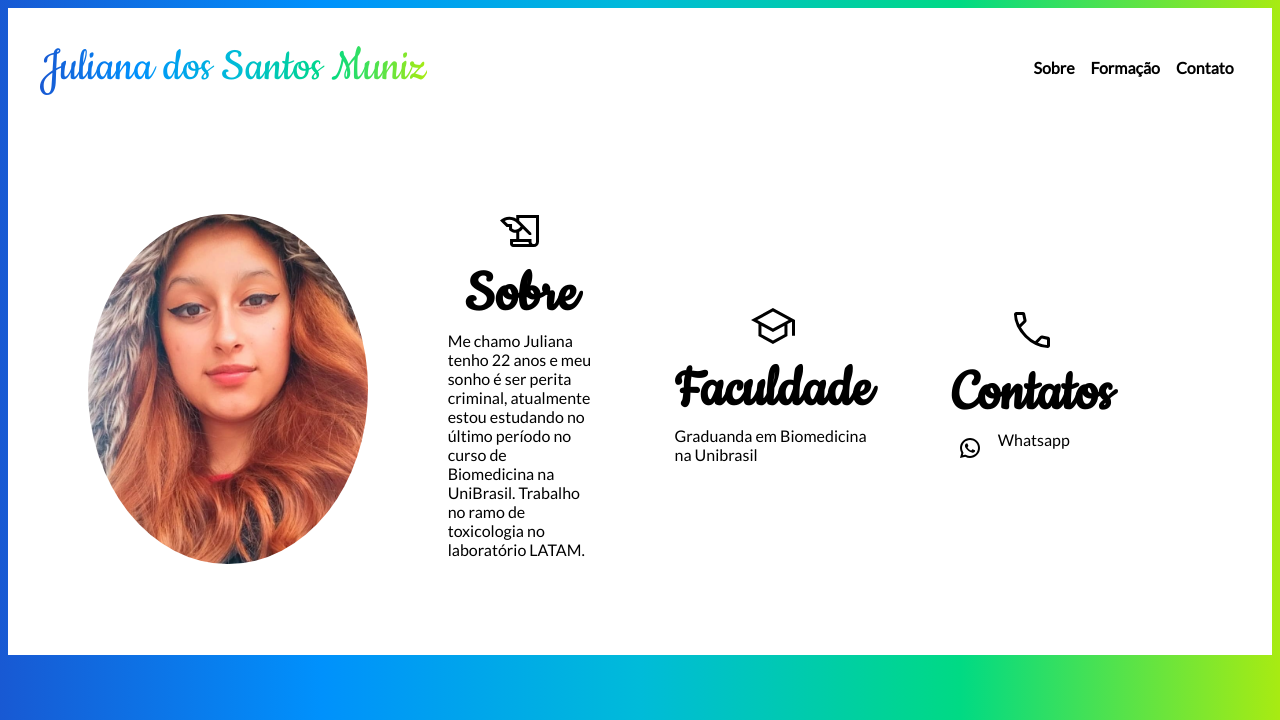
Repository: joaovnogueira/Portfolio-Juliana
Page: index.html
These files come from the project's save history. The page is drawn as it stood at one moment and after the next save; the edit follows.
The browser window is 1280 px wide. The pictures show the whole page.

Above is the page before, as saved 2022-06-14 16:38:49.

### index.html
<!DOCTYPE html>
<html lang="en">
<head>
    <link rel="stylesheet" href="styles.css">
    <meta charset="UTF-8">
    <meta http-equiv="X-UA-Compatible" content="IE=edge">
    <meta name="viewport" content="width=device-width, initial-scale=1.0">
    <title>Portfólio Juliana</title>
</head>
<body>
    <header>
        <nav>
            <div class="logo">Juliana dos Santos Muniz</div>
            <div class="menu">
                <a href="">Sobre</a>
                <a href="">Formação</a>
                <a href="">Contato</a>
            </div>
        </nav>
    </header>
    <main>
        <div class="perfil">
            <div class="foto">
                <img src="./assets/foto-perfil.png" alt="Foto de perfil" class="fotoperfil">
            </div>
            <div class="conteudo">
                <img src="./assets/sobre.svg" alt=""><h1>Sobre</h1>
                <p>Me chamo Juliana tenho 22 anos e meu sonho é ser perita criminal,
                atualmente estou estudando no último período no curso de Biomedicina na UniBrasil.
                Trabalho no ramo de toxicologia no laboratório LATAM.</p>
            </div>
            <div class="conteudo">
                <img src="./assets/faculdade.svg" alt=""><h1>Faculdade</h1>
                <p>Graduanda em Biomedicina na Unibrasil</p>
            </div>
            <div class="conteudo">
                <img src="./assets/contato.svg" alt=""><h1>Contatos</h1>
                <img src="./assets/whatsapp.svg" alt="" class="whatsappimg"><p>Whatsapp</p>
            </div>
        </div>
    </main>
    <footer></footer>
</body>
</html>

### styles.css
@import url('https://fonts.googleapis.com/css2?family=Cookie&display=swap');
@import url('https://fonts.googleapis.com/css2?family=Lato&display=swap');

body{
    background-image: linear-gradient(to right, #1859d3, #0091fc, #00bbd9, #00da84, #a8eb12);
}

header {
    background-color: #FFFFFF;
    padding: 2rem;
    align-items: center;
}

nav{
    display: flex;
    justify-content: space-between;
    align-items: center;
}

.logo{
    font-family: 'Cookie', cursive;
    font-size: 50px;
    background-clip: text;
    -webkit-background-clip: text;
    background-image: linear-gradient(to right, #1859d3, #0091fc, #00bbd9, #00da84, #a8eb12);
    color: transparent;
}

.menu{
    font-family: 'Lato', sans-serif;
    font-weight: bold;
}

a{
    text-decoration: none;
    color: black;
    margin: .4rem;
}

hr{
    background-color: #FFFFFF;
}

.perfil {
    display: flex;
    padding: 5rem;
    align-items: center;
    background-color: #FFFFFF;

}

.foto{
    align-items: center;
    margin-right: 80px;

}

.conteudo{
    align-items: center;
    max-width: 350px;
    max-height: 100vh;
    text-align: center;
    margin-right: 80px;
}

h1{
    font-family: 'Cookie', cursive;
    font-weight: bold;
    font-size: 64px;
    vertical-align:middle;
    margin-bottom: 1px;
    margin-top: 1px;
}

p{
    margin-top: 1px;
    font-family: 'Lato', sans-serif;
    text-align: left;
}

.fotoperfil{
    border-radius: 50%;
    max-width:750px;
    max-height:350px;
    width: auto;
    height: auto;
}

.whatsappimg{
    float: left;
    border: transparent thin solid;
    padding: 5px;
    margin: 0px 10px 10px 0;
    max-width: 186px
}

After the next save:
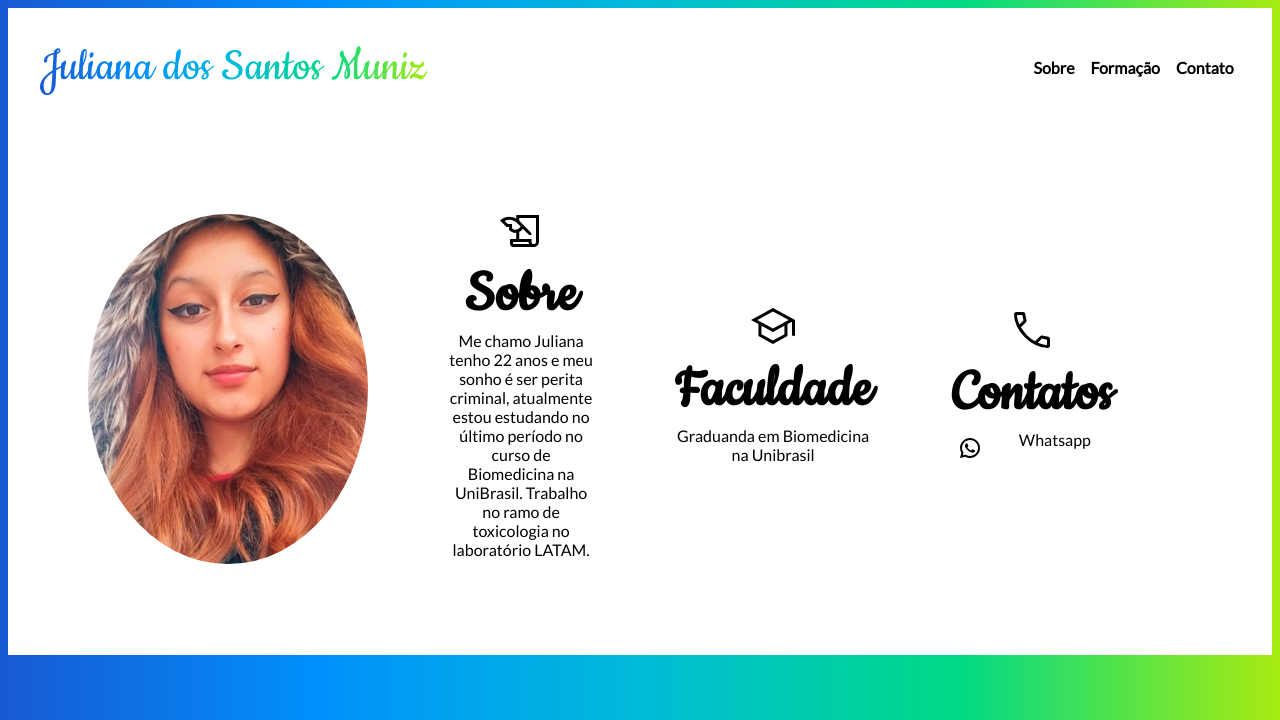
Saved 32 s later.
--- a/styles.css
+++ b/styles.css
@@ -75,7 +75,7 @@
 p{
     margin-top: 1px;
     font-family: 'Lato', sans-serif;
-    text-align: left;
+    text-align: ;
 }
 
 .fotoperfil{

After the save that followed:
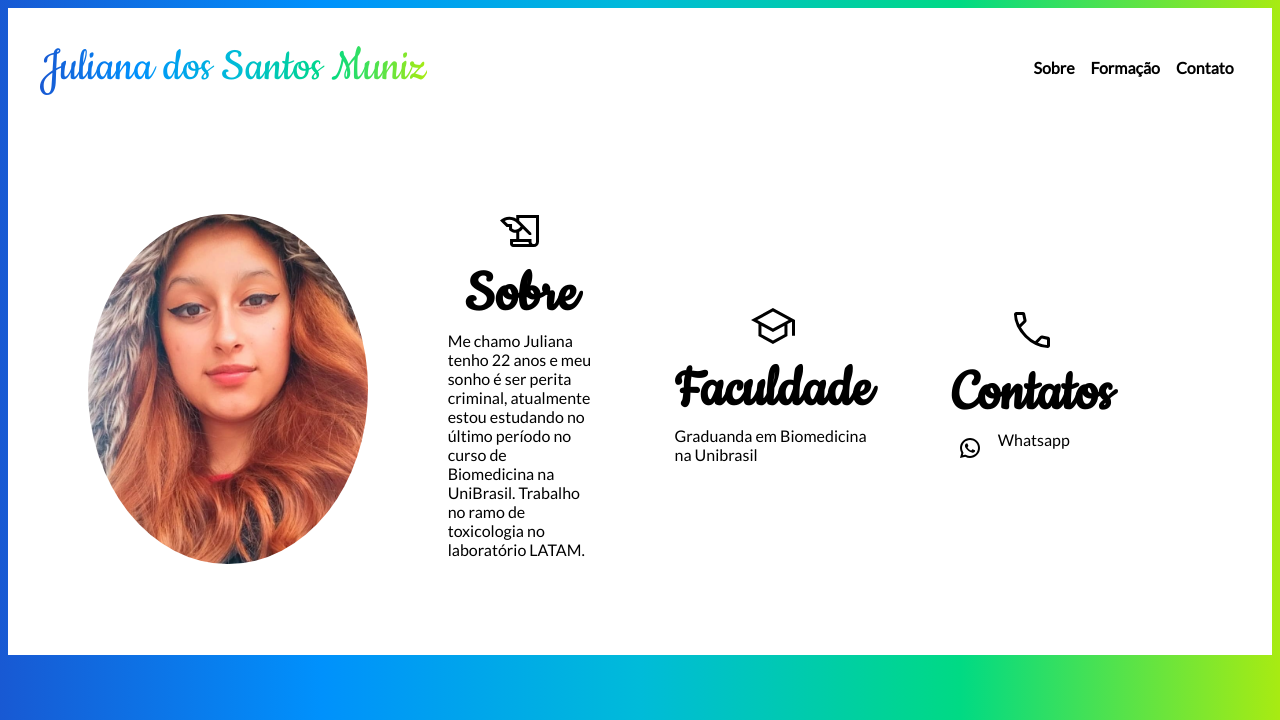
Saved 5 s later.
--- a/styles.css
+++ b/styles.css
@@ -75,7 +75,7 @@
 p{
     margin-top: 1px;
     font-family: 'Lato', sans-serif;
-    text-align: ;
+    text-align: left;
 }
 
 .fotoperfil{
